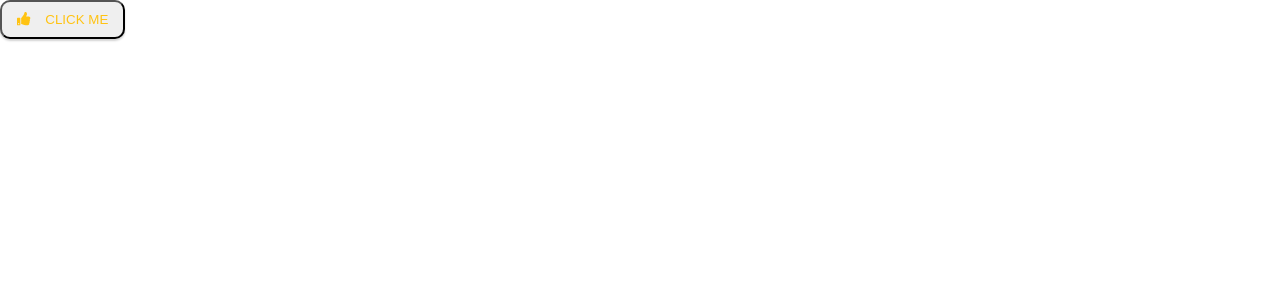
Repository: KrzysKolo/sr_tydzien3_zad_1_2_3
Page: /
An editor plug-in stored every save of this project. The page is shown before and after the next save, followed by the edit.
The browser window is 1280 px wide. The pictures show the whole page.
The project was rebuilt for these pictures with package versions that can differ from the ones it lists, and the page was loaded fresh each time. Also part of the build but not shown: src/App.css.

Above is the page before, as saved 2020-11-02 14:55:47.

### src/App.js
import React,  { Component } from 'react';
import Button from './Button';
import { FontAwesomeIcon } from '@fortawesome/react-fontawesome';
import { faThumbsUp } from "@fortawesome/free-solid-svg-icons";
import './App.css';


class App extends Component {
  state = {  }

  render() {

    return (
      <div>
        <Button  bgColor="HOLLYHOCK" icon={faThumbsUp}/>
      </div>
     );
  }
}

export default App;

### src/Button.js
import React from 'react';
import styled from 'styled-components';
import { FontAwesomeIcon } from '@fortawesome/react-fontawesome';
import { faAngellist } from '@fortawesome/free-brands-svg-icons';

const Button = ({label, color, bgColor, icon}) => {

    console.log(color);
    const Button = styled.button`
    padding: 10px 15px;
    border-radius: 10px;
    outline: 0;
    text-transform: uppercase;
    cursor: pointer;
    box-shadow: 0px 2px 2px lightgray;
    transition: ease background-color, color 0.3s;
    color: ${[color]};
    background-color: ${[bgColor]};
    &:hover {
        background-color: ${[color]};
        color: ${[bgColor]};
    }
    `;

    const styles = {
        paddingRight: 15,
    }


    return (

        <div>
            <Button ><FontAwesomeIcon style={styles} icon={icon}></FontAwesomeIcon>{label} </Button>
        </div>
     );
}
Button.defaultProps = {
    bgColor: "#1B1464",
    color: "#FFC312",
    label: "Click me",
    icon: faAngellist,
}

export default Button;

Loaded but not shown: public/index.html (common file); src/index.js (common file); src/index.css (common file)

After the next save:
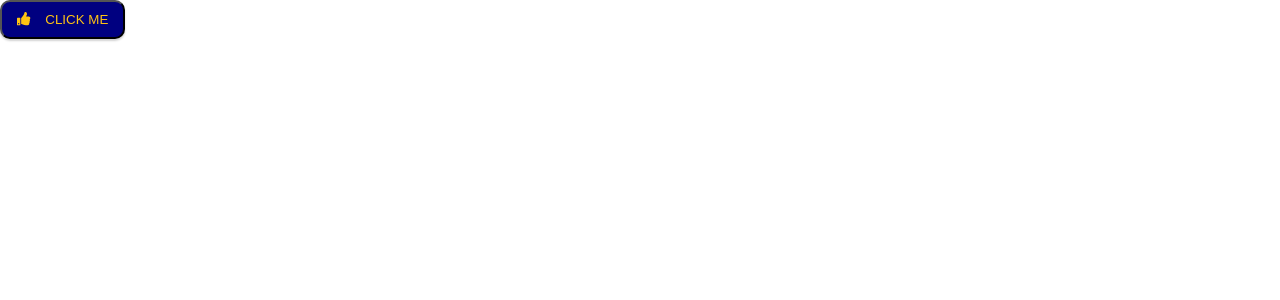
Saved 19 s later.
--- a/src/App.js
+++ b/src/App.js
@@ -12,7 +12,7 @@ class App extends Component {
 
     return (
       <div>
-        <Button  bgColor="HOLLYHOCK" icon={faThumbsUp}/>
+        <Button  bgColor="navy" icon={faThumbsUp}/>
       </div>
      );
   }
